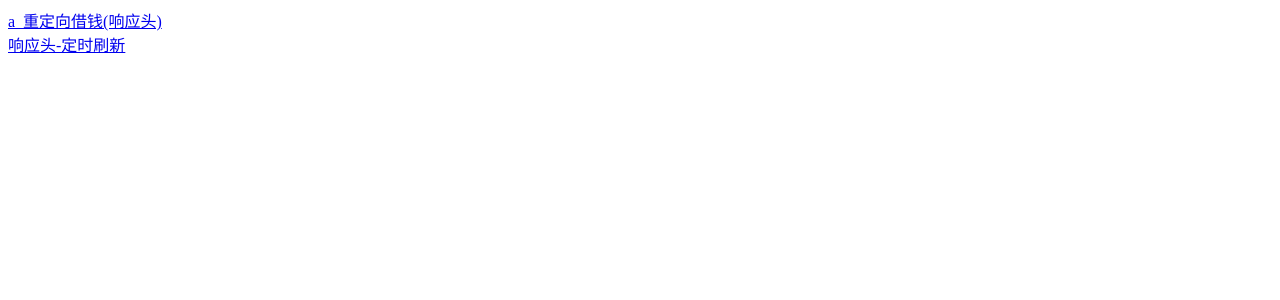
Repository: 00yu/Javaweb-study
Page: day10/WebContent/index.html
The author's editor kept a copy of each file at every save. The page is drawn from the files as they stood at one save, then again after the next save.
The browser window is 1280 px wide. The pictures show the whole page.

Above is the page before, as saved 2020-10-15 03:12:39.

### day10/WebContent/index.html
<!DOCTYPE html>
<html>
<head>
<meta charset="UTF-8">
<title>Insert title here</title>
</head>
<body>
	<a href="/day10/loc1">a_重定向借钱(响应头)</a><br>
	<a href="/day10/refresh1.html">响应头-定时刷新</a><br>
</body>
</html>

After the next save:
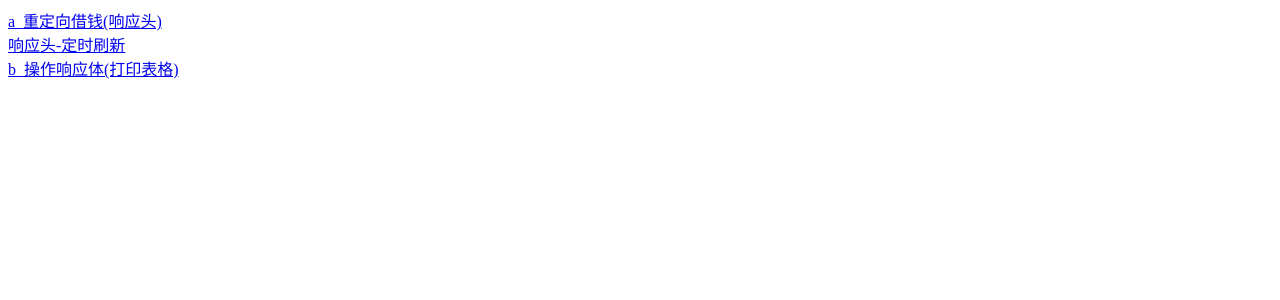
Saved 37 s later.
--- a/day10/WebContent/index.html
+++ b/day10/WebContent/index.html
@@ -7,5 +7,6 @@
 <body>
 	<a href="/day10/loc1">a_重定向借钱(响应头)</a><br>
 	<a href="/day10/refresh1.html">响应头-定时刷新</a><br>
+	<a href="/day10/print">b_操作响应体(打印表格)</a><br>
 </body>
 </html>
